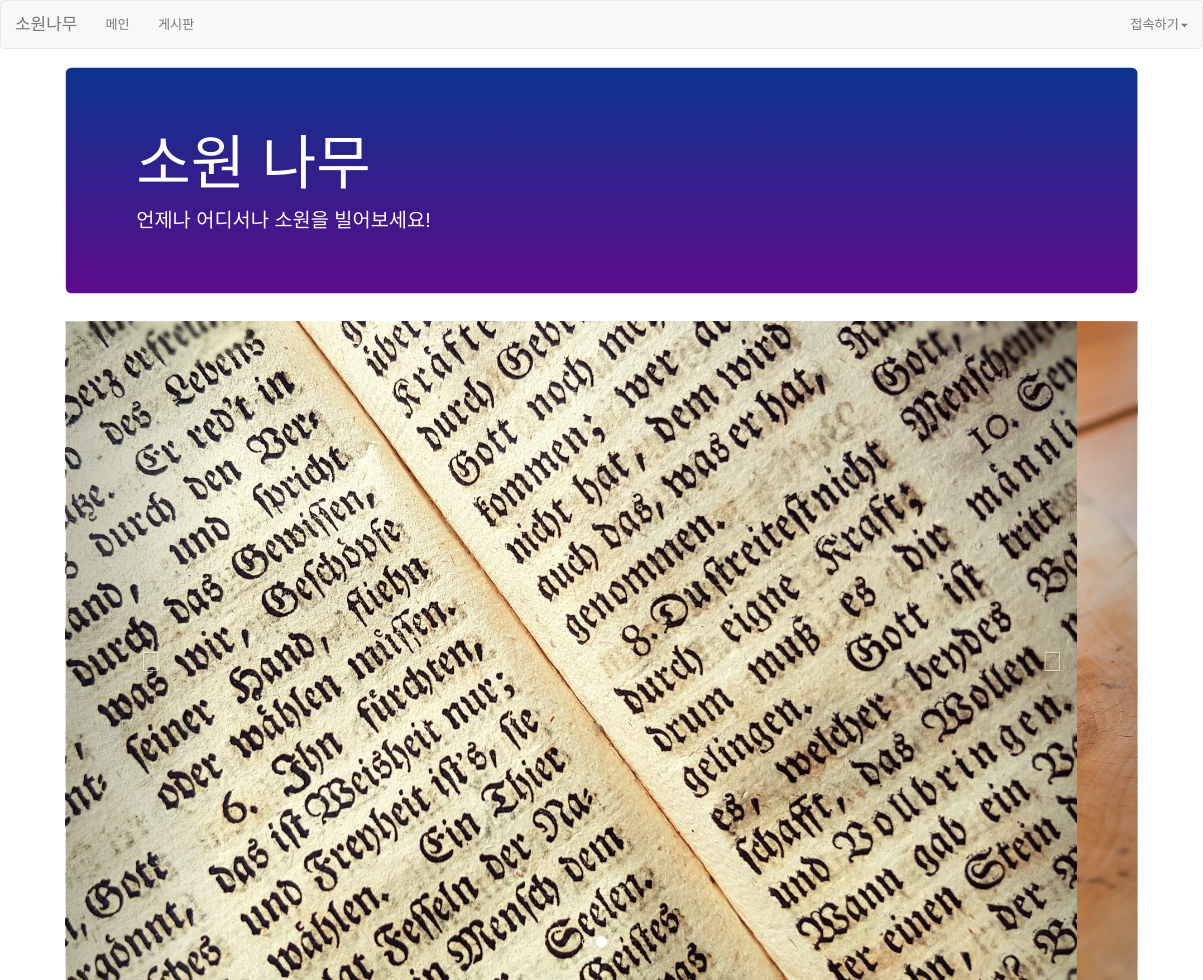
Repository: jongah/WishTree
Page: http://localhost/text/main.jsp
These files come from the project's save history. The page is drawn as it stood at one moment and after the next save; the edit follows.
The browser window is 1280 px wide. The pictures show the whole page, at 94% of full size.
Some web fonts or font styles are not loaded; a fallback is used. Some web libraries are served in a nearby version. The page is served by Tomcat 9. Other server files are loaded and not shown.

Above is the page before, as saved 2021-05-05 14:49:16.

### text/WebContent/main.jsp
<%@ page language="java" contentType="text/html; charset=UTF-8"
	pageEncoding="UTF-8"%>
<!DOCTYPE html>
<html>
<head>
<meta charset="UTF-8">
<meta name="viewport" content="width=device-width" initial-scale="1" />
<link rel="stylesheet" href="css/bootstrap.css">
<link rel="stylesheet" href="css/custom.css">
<title>소원나무</title>
</head>
<body>
	<%
		String userID = null;
		// 로그인이 되어있으면 세션에 값이 있을 것이다.
		if (session.getAttribute("userID") != null) {
			userID = (String) session.getAttribute("userID");
		}
	%>
	<nav class="navbar navbar-default">
		<div class="navbar-header">
			<button type="button" class="navbar-toggle collapsed"
				data-toggle="collapse" data-target="#bs-example-navbar-collapse-1"
				aria-expanded="false">
				<span class="icon-bar"></span> <span class="icon-bar"></span> <span
					class="icon-bar"></span>
			</button>
			<a href="main.jsp" class="navbar-brand">소원나무</a>
		</div>
		<div class="collapse navbar-collapse"
			id="bs-example-navbar-collapse-1">
			<ul class="nav navbar-nav">
				<li><a href="main.jsp">메인</a></li>
				<li><a href="bbs.jsp">게시판</a></li>
			</ul>
			<%
				if (userID == null) {
			%>
			<ul class="nav navbar-nav navbar-right">
				<li class="dropdown"><a href="#" class="dropdown-toggle"
					data-toggle="dropdown" role="button" aria-haspopup="true"
					aria-expanded="false">접속하기<span class="caret"></span></a>
					<ul class="dropdown-menu">
						<li><a href="login.jsp">로그인</a></li>
						<li><a href="join.jsp">회원가입</a></li>
					</ul></li>
			</ul>
			<%
				} else {
			%>
			<ul class="nav navbar-nav navbar-right">
				<li class="dropdown"><a href="#" class="dropdown-toggle"
					data-toggle="dropdown" role="button" aria-haspopup="true"
					aria-expanded="false">회원관리<span class="caret"></span></a>
					<ul class="dropdown-menu">
						<li><a href="logoutAction.jsp">로그아웃</a></li>
					</ul></li>
			</ul>
			<%
				}
			%>
		</div>
	</nav>

	<div class="container">
		<div class="jumbotron">
			<div class="container">
				<h1>소원 나무</h1>
				<p>언제나 어디서나 소원을 빌어보세요!</p>
			</div>
		</div>
	</div>

	<div class="container">
		<div id="myCarousel" class="carousel slide" data-ride="carousel">
			<ol class="carousel-indicators">
				<li data-target="#myCarousel" data-slide-to="0" class="active"></li>
				<li data-target="#myCarousel" data-slide-to="1"></li>
				<li data-target="#myCarousel" data-slide-to="2"></li>
			</ol>
			<div class="carousel-inner">
				<div class="item active">
					<img src="images/book.jpg">
				</div>
				<div class="item">
					<img src="images/coffee.jpg">
				</div>
				<div class="item">
					<img src="images/letters.jpg">
				</div>
			</div>
			<a href="#myCarousel" class="left carousel-control" data-slide="prev">
				<span class="glyphicon-chevron-left"></span>
			</a>
			<a href="#myCarousel" class="right carousel-control" data-slide="next">
				<span class="glyphicon-chevron-right"></span>
			</a>
		</div>
	</div>


	<script src="https://code.jquery.com/jquery-3.1.1.min.js"></script>
	<script src="js/bootstrap.js"></script>
</body>
</html>

### text/WebContent/css/custom.css
@import url('https://fonts.googleapis.com/css2?family=Nanum+Gothic&display=swap');
@import url(//fonts.googleapis.com/earlyaccess/hanna.css);

*{
	font-family : 'Nanum Gothic', sans-serif;
}
h1{
	font-family : 'Hanna', sans-serif;
}
.jumbotron{
	color:white;
	background: linear-gradient(180deg, #0a338c, #5c0a8c);
}

Loaded but not shown: text/WebContent/css/bootstrap.css (library); text/WebContent/js/bootstrap.js (library)

After the next save:
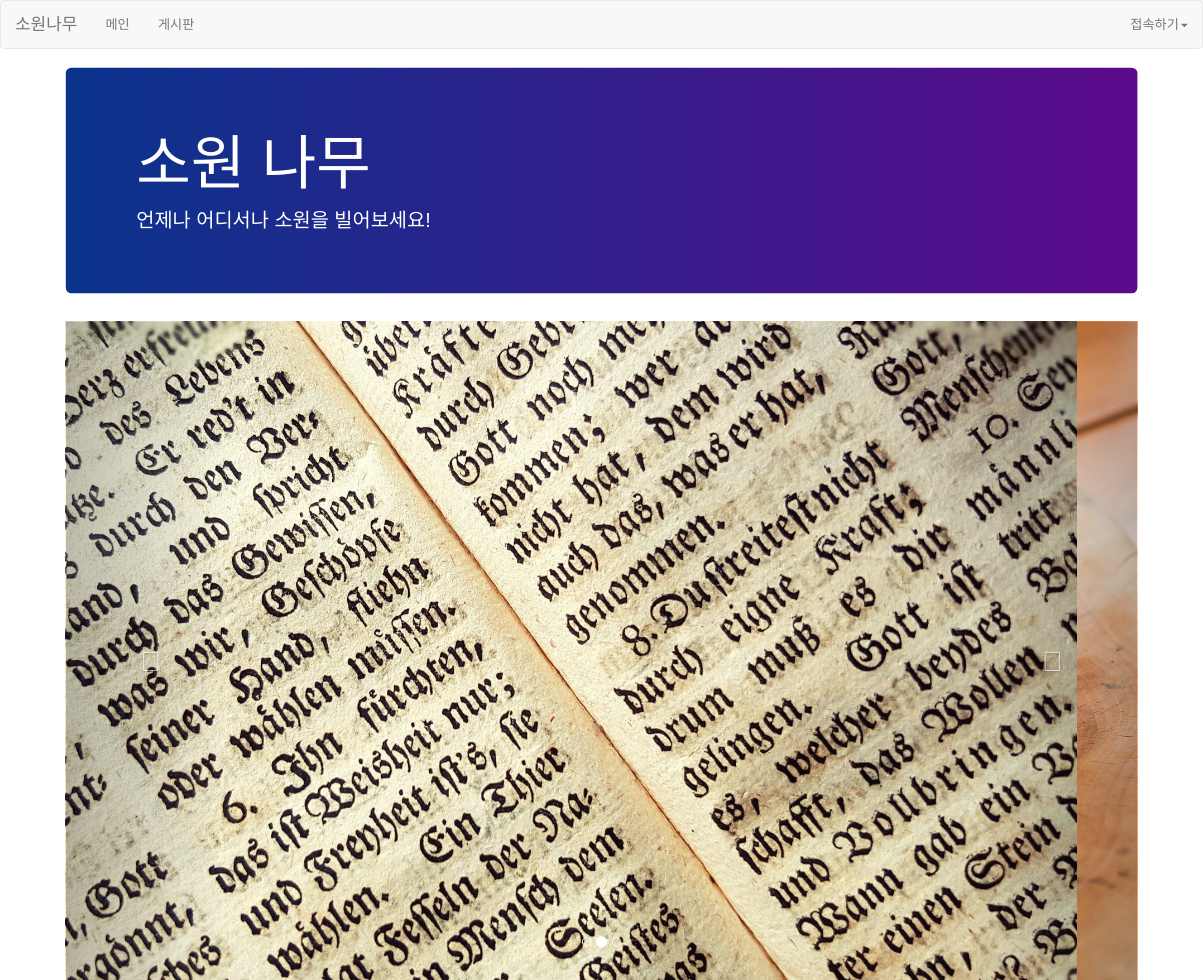
Saved 5 s later.
--- a/text/WebContent/css/custom.css
+++ b/text/WebContent/css/custom.css
@@ -9,5 +9,5 @@
 }
 .jumbotron{
 	color:white;
-	background: linear-gradient(180deg, #0a338c, #5c0a8c);
+	background: linear-gradient(90deg, #0a338c, #5c0a8c);
 }
